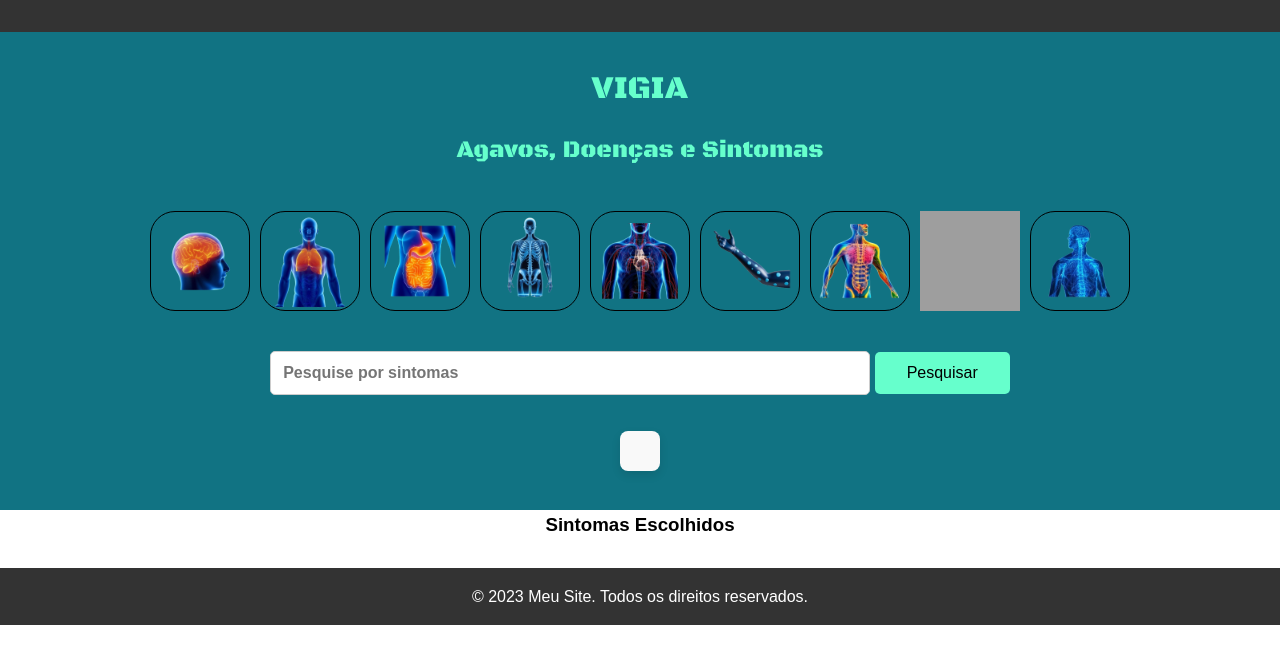
Repository: br-on/vigia
Page: index.html
These files come from the project's save history. The page is drawn as it stood at one moment and after the next save; the edit follows.
The browser window is 1280 px wide. The pictures show the whole page.
Pictures or frames that could not be fetched are drawn as grey boxes. Some web fonts or font styles are not loaded; a fallback is used.

Above is the page before, as saved 2024-09-15 16:23:20.

### index.html
<!DOCTYPE html>
<html lang="pt-br">
<head>
  <meta charset="UTF-8">
  <meta name="viewport" content="width=device-width, initial-scale=1.0">
  <title>IA VIGILÂNCIA</title>
  <link rel="stylesheet" href="assets/style/style.css">
</head>
<body>
  <nav>
  </nav>
  <header class="search">
    <h1 class="black-ops-one-regular">VIGIA</h1>
    <h2 class="black-ops-one-regular">Agavos, Doenças e Sintomas</h2>
    <div class="grupos-sintomas">
      <div class="grupo-sintoma"><img src="/assets/img/grupos/neurologico.png" alt=""></div>
      <div class="grupo-sintoma"><img src="assets/img/grupos/respiratorio.png" alt=""></div>
      <div class="grupo-sintoma"><img src="assets/img/grupos/digestivo.png" alt=""></div>
      <div class="grupo-sintoma"><img src="assets/img/grupos/musculoesqueletico.png" alt=""></div>
      <div class="grupo-sintoma"><img src="assets/img/grupos/cardiaco.png" alt=""></div>
      <div class="grupo-sintoma"><img src="assets/img/grupos/dermatologico.png" alt=""></div>
      <div class="grupo-sintoma"><img src="assets/img/grupos/infecciosofebril.png" alt=""></div>
      <div class="grupo-sintoma"><img src="assets/img/grupos/ginecologicocongenito.png" alt=""></div>
      <div class="grupo-sintoma"><img src="assets/img/grupos/gerais.png" alt=""></div>
    </div><br>
    <input type="text" placeholder="Pesquise por sintomas" class="electrolize-regular" id="campo-pesquisa">
    <button onclick="pesquisar()">Pesquisar</button>
    <br>
    <div id="resultados-pesquisa" class="resultado-pesquisa-sintomas"></div>
  </header>
  <main>
    <center><h3>Sintomas Escolhidos</h3></center>
    <div id="sintomas-escolhidos">

      <!-- Sintomas escolhidos serão exibidos aqui -->
    </div>
    <div id="resultados-doencas">
      <!-- Resultados das doenças serão exibidos aqui -->
    </div>
  </main>
  <footer>
    <p>&copy; 2023 Meu Site. Todos os direitos reservados.</p>
  </footer>

  <script src="assets/script/sintomas.js"></script>
  <script src="assets/script/data.js"></script>
  <script src="assets/script/app.js"></script>
</body>
</html>

### assets/style/style.css
/* style.css */
@import url('https://fonts.googleapis.com/css2?family=Black+Ops+One&display=swap');
@import url('https://fonts.googleapis.com/css2?family=Electrolize&display=swap');

.black-ops-one-regular {
  font-family: "Black Ops One", system-ui;
  font-weight: 400;
  font-style: normal;
}

.electrolize-regular {
  font-family: "Electrolize", sans-serif;
  font-weight: 600;
  font-style: normal;
}

/* Estilos globais */
* {
    margin: 0;
    padding: 0;
    box-sizing: border-box;
}

html, body {
    height: 100%;
    margin: 0;
}

body {
    font-family: Arial, sans-serif;
    line-height: 1.6;
    margin: 0;
    padding: 0;

}

header, nav, footer {
    background-color: #333;
    color: #fff;
    text-align: center;
    padding: 1rem;
}

main {
    flex: 1;
}

h1, h2 {
    color: #66ffcc;
    margin-bottom: 1rem;
}

/* Estilo para o formulário de pesquisa */
.search {
    text-align: center;
    padding: 2rem 1rem;
    background-color: #117383;
}

.search input[type="text"] {
    margin-top: 15px;
    width: 600px;
    padding: 0.75rem;
    margin-bottom: 1rem;
    border: 1px solid #ccc;
    border-radius: 5px;
    font-size: 1rem;
}

.search button {
    padding: 0.75rem 2rem;
    background-color: #66ffcc;
    color: #000;
    border: none;
    border-radius: 5px;
    cursor: pointer;
    font-size: 1rem;
}

.search button:hover {
    background-color: #29a67c;
    color: rgb(255, 255, 255);
}

/* Estilo para resultados */
.results {
    padding: 2rem;
    background-color: #fff;
    text-align: center;
}

/* Estilo do rodapé */

footer {
    background-color: #333;
    color: white;
    padding: 1rem;
    text-align: center;
    position: relative;
    bottom: 0;
    width: 100%;
}

/* Media Queries para telas menores */
@media (max-width: 768px) {
    .search input[type="text"] {
        width: 100%;
    }

    .search button {
        width: 100%;
        margin-top: 1rem;
    }
}

@media (max-width: 480px) {
    h1 {
        font-size: 2rem;
    }

    h2 {
        font-size: 1.5rem;
    }

    footer {
        font-size: 0.9rem;
    }
}

/* Container principal dos resultados */
#resultados-pesquisa {

    max-height: 80vh; /* Limita a altura para que os resultados não ocupem a tela inteira */
    overflow-y: auto; /* Ativa a barra de rolagem vertical */
    padding: 20px;
    margin-top: 20px;
    border-radius: 8px;
    box-shadow: 0px 4px 10px rgba(0, 0, 0, 0.1); /* Sombra suave */
    background-color: #f9f9f9; /* Fundo claro */
}

/* Estilo dos itens de resultado */
.item-resultado {
    border: 1px solid #e0e0e0; /* Borda leve ao redor do item */
    border-radius: 8px; /* Bordas arredondadas */
    padding: 20px; /* Espaçamento interno */
    margin-bottom: 20px; /* Espaçamento entre os itens */
    background-color: #fff; /* Fundo branco para o item */
    box-shadow: 0px 4px 8px rgba(0, 0, 0, 0.05); /* Sombra leve */
    transition: transform 0.3s ease, box-shadow 0.3s ease; /* Transição suave */
}

/* Efeito hover nos itens */
.item-resultado:hover {
    transform: translateY(-5px); /* Eleva o item ao passar o mouse */
    box-shadow: 0px 6px 12px rgba(0, 0, 0, 0.15); /* Aumenta a sombra ao passar o mouse */
}

/* Título do item */
.item-resultado h2 {
    font-size: 1.8rem;
    margin-bottom: 10px;
    color: #333; /* Cor mais escura para o título */
    font-weight: bold;
}

/* Subtítulos (Descrição, Sintomas, etc.) */
.item-resultado h4 {
    font-size: 1.2rem;
    margin-top: 15px;
    margin-bottom: 8px;
    color: #555; /* Cor intermediária */
}

/* Texto descritivo */
.item-resultado .descricao-meta {
    font-size: 1rem;
    line-height: 1.5; /* Facilita a leitura */
    color: #666; /* Cor do texto */
    margin-bottom: 15px;
}

/* Links */
.item-resultado a {
    font-size: 1rem;
    color: #007bff; /* Cor azul padrão */
    text-decoration: none;
}

.item-resultado a:hover {
    text-decoration: underline; /* Sublinha ao passar o mouse */
}

/* Barra de rolagem estilizada */
#resultados-pesquisa::-webkit-scrollbar {
    width: 8px;
}

#resultados-pesquisa::-webkit-scrollbar-thumb {
    background-color: #888;
    border-radius: 10px;
}

#resultados-pesquisa::-webkit-scrollbar-thumb:hover {
    background-color: #555;
}


/* Adicione isto ao seu arquivo CSS */
#filtros-sintomas {
    width: 90%;
    margin: 0 auto; /* Centraliza a div horizontalmente */
    display: flex;
    flex-wrap: wrap; /* Faz com que os itens quebrem para a linha seguinte */
    gap: 10px; /* Espaço entre os itens */
    box-sizing: border-box;
}

#filtros-sintomas label {
    display: flex;
    align-items: center;
    margin-right: 10px; /* Espaço entre os labels */

}


.sintoma-item {
    padding: 10px;
    margin: 5px 0;
    border-radius: 5px;
    cursor: pointer;
    margin: 2px;
}

.sintoma-item:hover {
    opacity: 0.8;
}

#sintomas-escolhidos {
    display: inline-flex;
    flex-wrap: wrap;
    margin-top: 20px;
}

.sintoma-escolhido {
    background-color: #d4edda; /* Cor de fundo verde clara */
    border: 1px solid #c3e6cb;
    padding: 10px;
    margin: 5px 0;
    border-radius: 5px;
}

.resultado-pesquisa-sintomas {
    display: inline-flex;
    flex-wrap: wrap;
    align-items: center;
    justify-content: center;
}

.grupos-sintomas {
    display: inline-flex;
    flex-wrap: wrap;
    justify-content: center;
    align-items: center;
    min-height: 150px;
}

.grupo-sintoma {
    display: flex;
    justify-content: center;
    align-items: center;
    border: solid 1px black;
    margin: 5px;
    width: 100px;
    height: 100px;
    border-radius: 25px;
}

.grupo-sintoma:hover, .grupo-sintoma img:hover {
    height: 125px;
    width: 125px;
    transition: 0.5s;
    cursor: pointer;
}

.grupo-sintoma img {
    width: 100px;
    height: 100px;
}

### assets/script/app.js
document.addEventListener('DOMContentLoaded', function() {
    // Carregar sintomas iniciais (se necessário)
});

function pesquisar() {
    let campoPesquisa = document.getElementById("campo-pesquisa").value.toLowerCase();
    let resultadosSintomasDiv = document.getElementById("resultados-pesquisa");
    resultadosSintomasDiv.innerHTML = ""; // Limpar resultados anteriores

    // Filtra sintomas que correspondem ao texto digitado
    let sintomasEncontrados = dataSintomas.filter(sintoma =>
        sintoma.titulo_sintoma.toLowerCase().includes(campoPesquisa) ||
        sintoma.grupo_sintoma.toLowerCase().includes(campoPesquisa)
    );

    // Exibir sintomas encontrados
    sintomasEncontrados.forEach(sintoma => {
        let divSintoma = document.createElement('div');
        divSintoma.className = 'sintoma-item';
        divSintoma.style.backgroundColor = getRandomColor(); // Função para cor de fundo aleatória
        divSintoma.textContent = sintoma.titulo_sintoma;
        divSintoma.addEventListener('click', () => adicionarSintomaEscolhido(sintoma));
        resultadosSintomasDiv.appendChild(divSintoma);
    });
}

function adicionarSintomaEscolhido(sintoma) {
    let sintomasEscolhidosDiv = document.getElementById("sintomas-escolhidos");
    let divEscolhido = document.createElement('div');
    divEscolhido.className = 'sintoma-escolhido';
    divEscolhido.textContent = sintoma.titulo_sintoma;
    sintomasEscolhidosDiv.appendChild(divEscolhido);

    // Remover o sintoma da lista de sintomas encontrados
    let sintomaItems = document.querySelectorAll('#resultados-pesquisa .sintoma-item');
    sintomaItems.forEach(item => {
        if (item.textContent === sintoma.titulo_sintoma) {
            item.remove();
        }
    });

    // Opcional: Se quiser mostrar as doenças relacionadas, chame uma função aqui
    mostrarDoencasRelacionadas();
}

function mostrarDoencasRelacionadas() {
    let sintomasEscolhidosDiv = document.getElementById("sintomas-escolhidos");
    let sintomasEscolhidos = Array.from(sintomasEscolhidosDiv.children).map(div => div.textContent);

    let resultadosDoencasDiv = document.getElementById("resultados-doencas");
    resultadosDoencasDiv.innerHTML = ""; // Limpar resultados anteriores

    dataDoencas.forEach(doenca => {
        let sintomasDoenca = doenca.sintomas.toLowerCase().split(',').map(s => s.trim());
        let correspondeSintomas = sintomasEscolhidos.every(s => sintomasDoenca.includes(s.toLowerCase()));

        if (correspondeSintomas) {
            resultadosDoencasDiv.innerHTML += `
                <div class="item-resultado">
                    <h2 class="black-ops-one-regular">${doenca.titulo}</h2>
                    <h4 class="electrolize-regular">Descrição</h4>
                    <p class="descricao-meta">${doenca.descricao}</p>
                    <h4 class="electrolize-regular">Sintomas</h4>
                    <p class="descricao-meta">${doenca.sintomas}</p>
                    <h4 class="electrolize-regular">Prevenção</h4>
                    <p class="descricao-meta">${doenca.prevencao}</p>
                    <h4 class="electrolize-regular">Tratamento</h4>
                    <p class="descricao-meta">${doenca.tratamento}</p>
                    <a href="${doenca.link}" target="_blank">${doenca.link}</a>
                </div>
            `;
        }
    });
}

// Função para gerar cor aleatória
function getRandomColor() {
    const letters = '0123456789ABCDEF';
    let color = '#';
    for (let i = 0; i < 6; i++) {
        color += letters[Math.floor(Math.random() * 16)];
    }
    return color;
}

Loaded but not shown: assets/script/data.js (373 lines, source omitted); assets/script/sintomas.js (470 lines, source omitted)

After the next save:
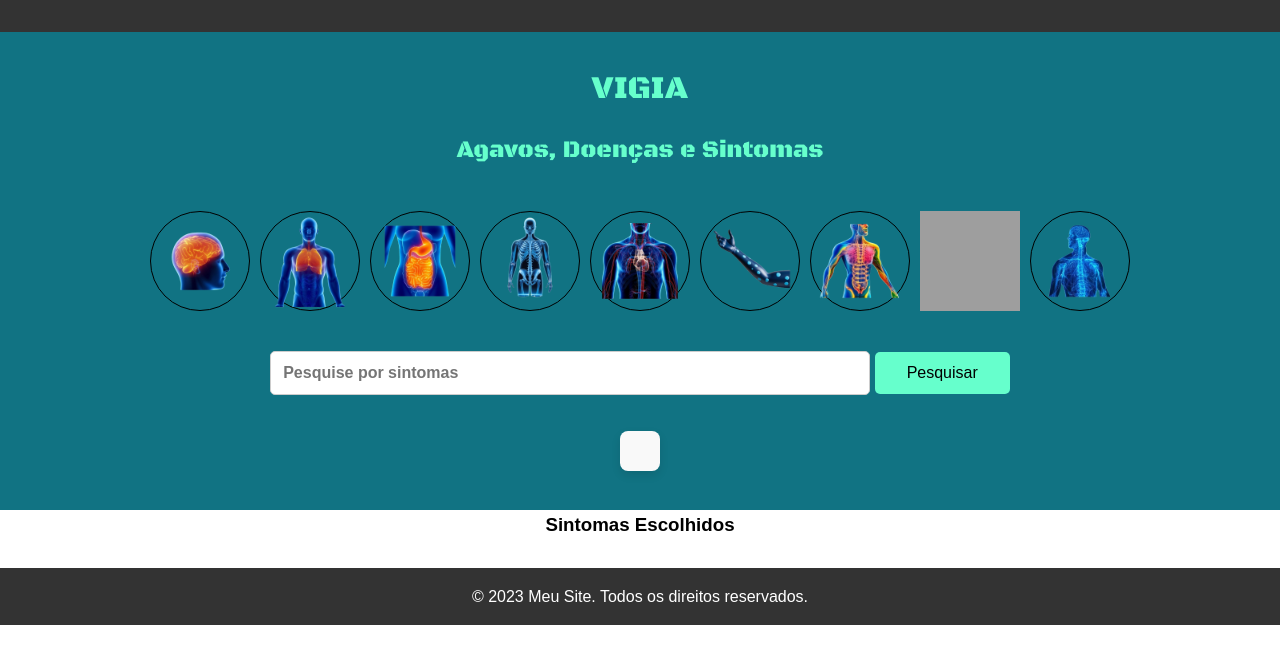
Saved 4 s later.
--- a/assets/style/style.css
+++ b/assets/style/style.css
@@ -273,7 +273,7 @@ footer {
     margin: 5px;
     width: 100px;
     height: 100px;
-    border-radius: 25px;
+    border-radius: 50%;
 }
 
 .grupo-sintoma:hover, .grupo-sintoma img:hover {
